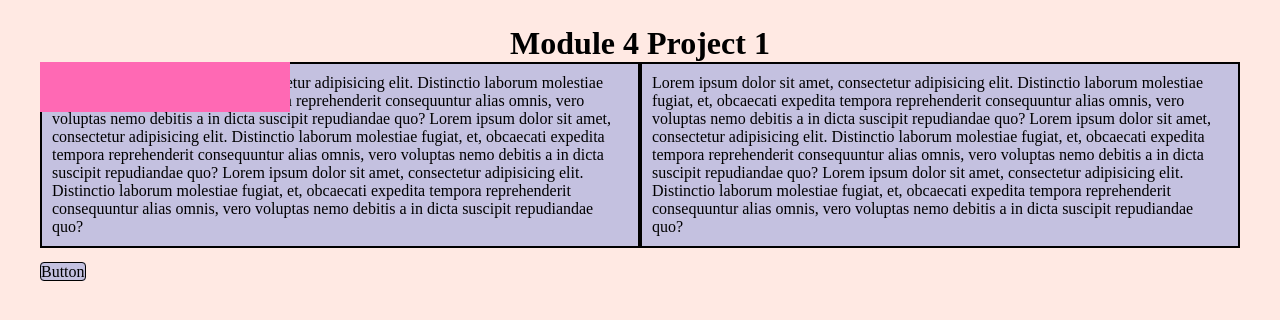
Repository: mlmEFSC21/P6-External-Style-Sheet
Page: index.html
These files come from the project's save history. The page is drawn as it stood at one moment and after the next save; the edit follows.
The browser window is 1280 px wide. The pictures show the whole page.

Above is the page before, as saved 2022-02-13 17:01:48.

### index.html
<!DOCTYPE html>
<html lang="en">
    <head>
        <meta charset="UTF-8" />
        <meta http-equiv="X-UA-Compatible" content="IE=edge" />
        <meta name="viewport" content="width=device-width, initial-scale=1.0" />
        <link rel="stylesheet" href="Styles.css" />
        <title>External Style Sheets</title>
    </head>
    <header><h1>Module 4 Project 1</h1></header>
    <body>
        <div class="floatContainer">
            <div>
                <p class="p1">
                    Lorem ipsum dolor sit amet, consectetur adipisicing elit. Distinctio laborum
                    molestiae fugiat, et, obcaecati expedita tempora reprehenderit consequuntur
                    alias omnis, vero voluptas nemo debitis a in dicta suscipit repudiandae quo?
                    Lorem ipsum dolor sit amet, consectetur adipisicing elit. Distinctio laborum
                    molestiae fugiat, et, obcaecati expedita tempora reprehenderit consequuntur
                    alias omnis, vero voluptas nemo debitis a in dicta suscipit repudiandae quo?
                    Lorem ipsum dolor sit amet, consectetur adipisicing elit. Distinctio laborum
                    molestiae fugiat, et, obcaecati expedita tempora reprehenderit consequuntur
                    alias omnis, vero voluptas nemo debitis a in dicta suscipit repudiandae quo?
                </p>
            </div>
            <div>
                <p class="p2">
                    Lorem ipsum dolor sit amet, consectetur adipisicing elit. Distinctio laborum
                    molestiae fugiat, et, obcaecati expedita tempora reprehenderit consequuntur
                    alias omnis, vero voluptas nemo debitis a in dicta suscipit repudiandae quo?
                    Lorem ipsum dolor sit amet, consectetur adipisicing elit. Distinctio laborum
                    molestiae fugiat, et, obcaecati expedita tempora reprehenderit consequuntur
                    alias omnis, vero voluptas nemo debitis a in dicta suscipit repudiandae quo?
                    Lorem ipsum dolor sit amet, consectetur adipisicing elit. Distinctio laborum
                    molestiae fugiat, et, obcaecati expedita tempora reprehenderit consequuntur
                    alias omnis, vero voluptas nemo debitis a in dicta suscipit repudiandae quo?
                </p>
            </div>
        </div>
        <div class="button"><a href="" class="button">Button</a></div>
    </body>
</html>

### Styles.css
:root {
    /* --clr-font: black; */
    --clr-background: #ffe9e3;
    --clr-buttonBG: #c4c1e0;
    --clr-buttonHover: #7c73e6;
}
*,
*::before,
*::after {
    margin: 0;
    padding: 0;
    box-sizing: border-box;
}
header {
    text-align: center;
}
body {
    background-color: var(--clr-background);
    color: black;
    margin: 10px 25px;
    padding: 15px;
}
p {
    margin-bottom: 15px;
    padding: 10px;
    background-color: var(--clr-buttonBG);
}
.p1 {
    border: 2px solid black;
    float: left;
    width: 50%;
}
.p2 {
    border: 2px solid black;
    float: right;
    width: 50%;
}
.p2::after {
    content: "";
    clear: both;
}
div.button {
    position: relative;
    top: 0;
    left: 0;
    right: 0;
    bottom: 0;
    width: 250px;
    height: 50px;
    background-color: hotpink;
}
a {
    text-decoration: none;
}
a.button {
    border: 1px solid black;
    border-radius: 4px;
    /* width: 250px;
    height: 50px; */
    background-color: var(--clr-buttonBG);
    color: var(--clr-button);
}
a.button:hover {
    background-color: var(--clr-buttonHover);
    color: var(--clr-buttonHover);
    cursor: pointer;
}

After the next save:
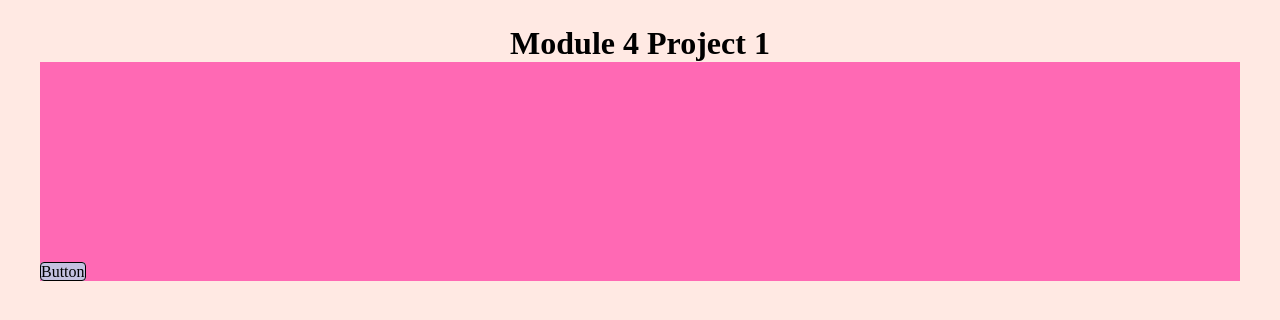
Saved 50 s later.
--- a/Styles.css
+++ b/Styles.css
@@ -45,8 +45,8 @@ div.button {
     left: 0;
     right: 0;
     bottom: 0;
-    width: 250px;
-    height: 50px;
+    /* width: 250px;
+    height: 50px; */
     background-color: hotpink;
 }
 a {
